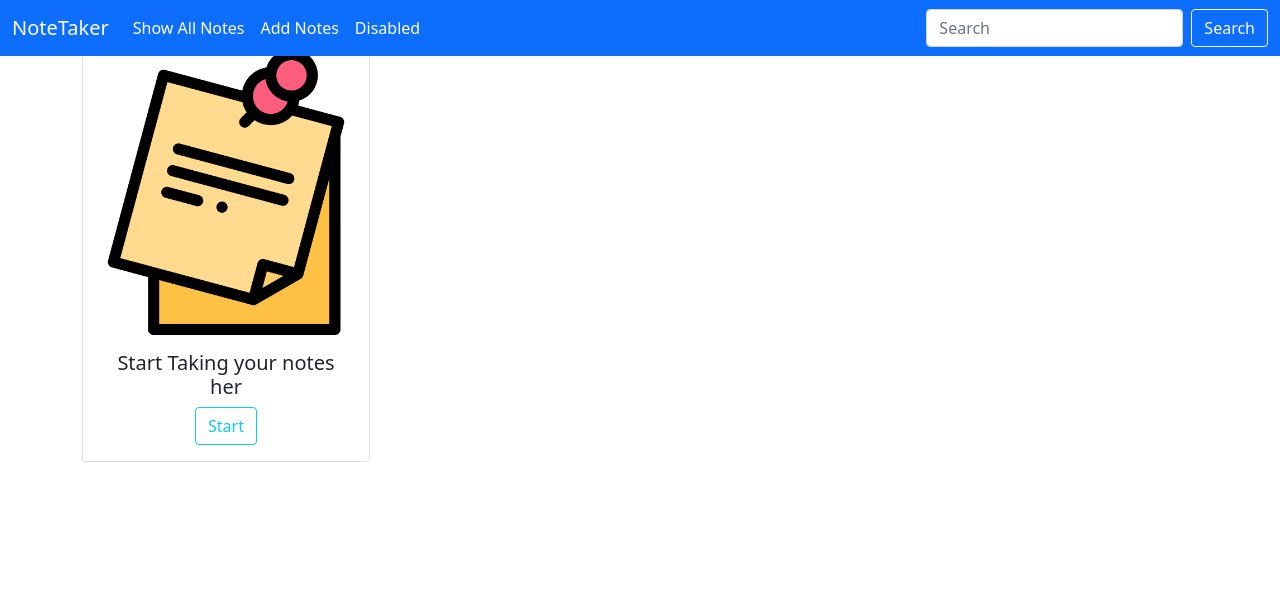
Repository: Shubham-Kumar-cmd/Hibernate
Page: http://localhost/NoteTakerApp/
The author's editor kept a copy of each file at every save. The page is drawn from the files as they stood at one save, then again after the next save.
The browser window is 1280 px wide. The pictures show the whole page.
The page is served by Tomcat 9.

Above is the page before, as saved 2023-02-08 08:38:41.

After the next save:
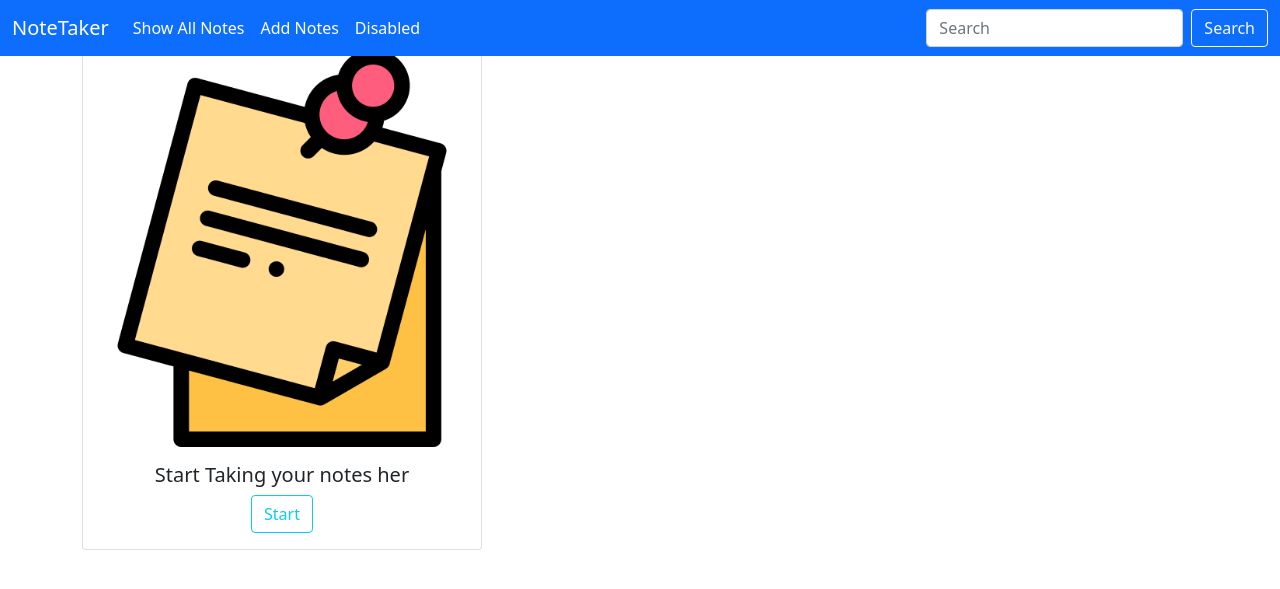
Saved 42 s later.
--- a/NoteTakerApp/src/main/webapp/index.jsp
+++ b/NoteTakerApp/src/main/webapp/index.jsp
@@ -15,7 +15,7 @@
 <body>
 
 	<div class="container text-center">
-		<div class="card mt-5" style="width: 18rem;">
+		<div class="card mt-5" style="max-width: 400px;">
 		  <img src="img/sticky-notes.png" class="card-img-top" alt="...">
 		  <div class="card-body">
 		    <h5 class="card-title">Start Taking your notes her</h5>
